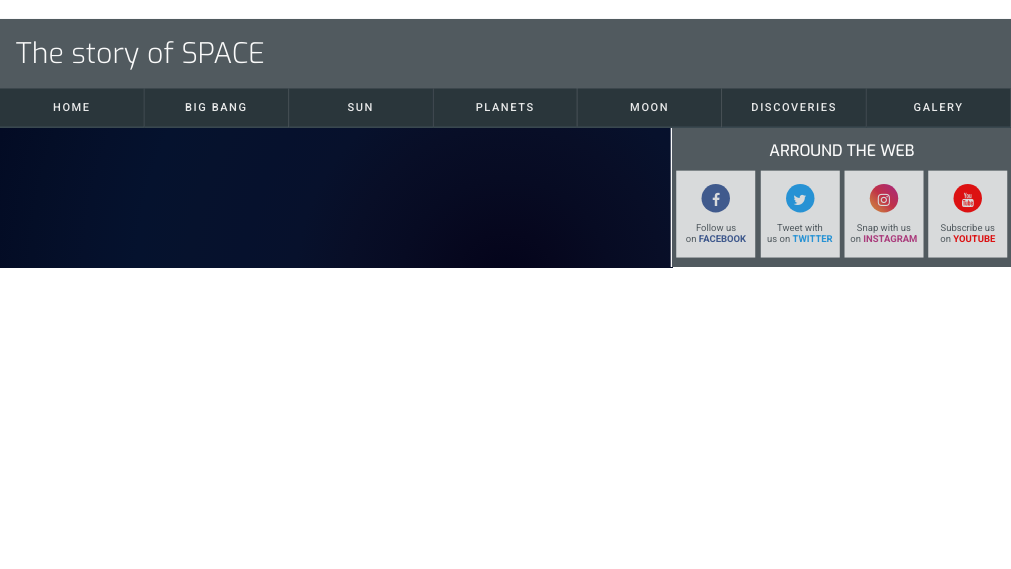
Repository: OlaQla/First-Milestones-Project
Page: index.html
The author's editor kept a record of every edit. The page is drawn from the files as they stood at one moment, then again after the next edit.
The browser window is 1280 px wide. The pictures show the whole page, at 79% of full size.
Backgrounds fixed to the window are drawn as part of the page. Some web libraries are served in a nearby version.

Above is the page before.

After the next edit:
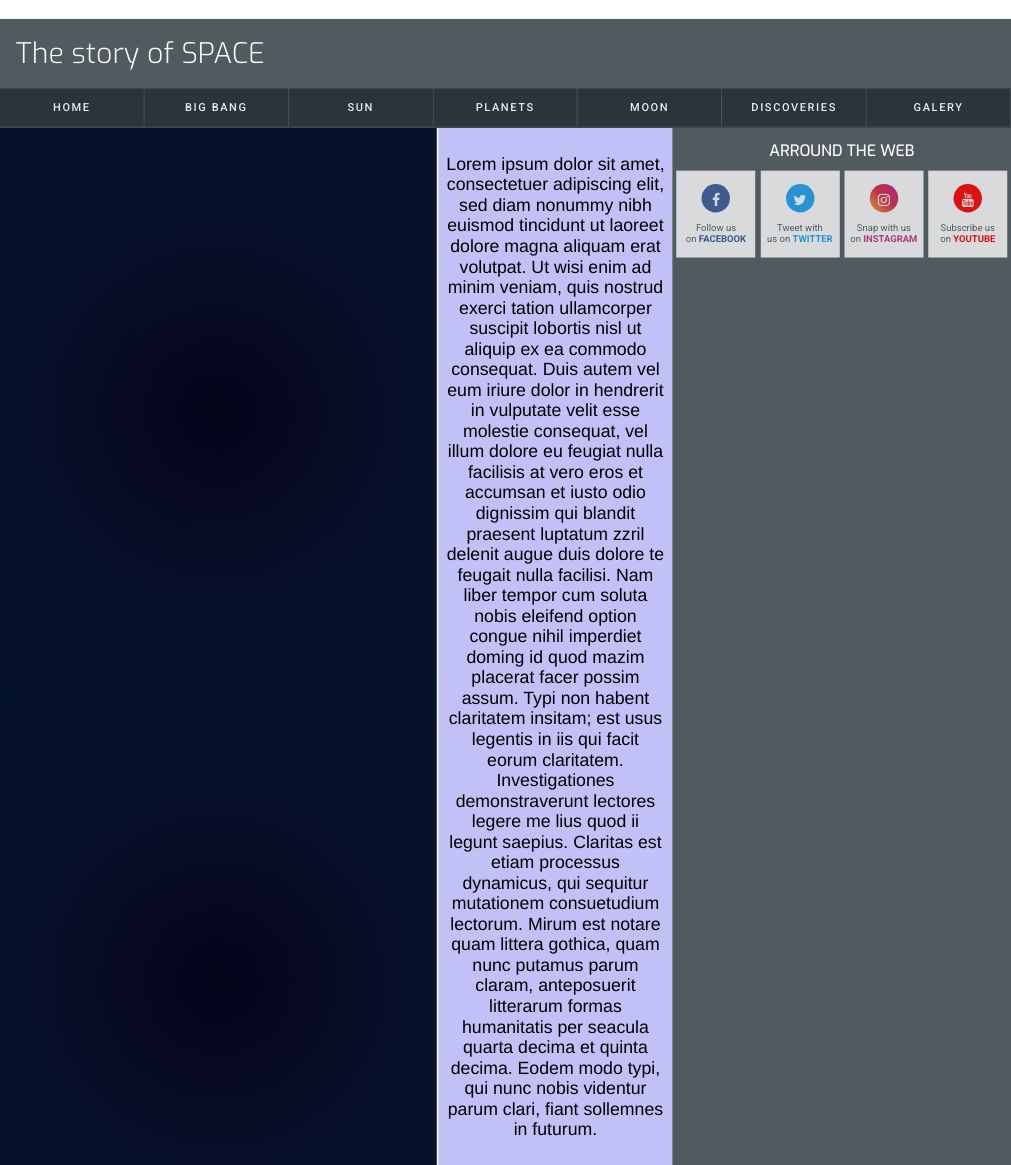
The edit:
--- a/index.html
+++ b/index.html
@@ -57,6 +57,28 @@
       <div class="column-main">
 
       </div>
+      <div class="column-sidebar">
+          <p>Lorem ipsum dolor sit amet, consectetuer adipiscing elit,
+          sed diam nonummy nibh euismod tincidunt ut laoreet dolore
+          magna aliquam erat volutpat. Ut wisi enim ad minim veniam,
+          quis nostrud exerci tation ullamcorper suscipit lobortis nisl
+          ut aliquip ex ea commodo consequat. Duis autem vel eum iriure
+          dolor in hendrerit in vulputate velit esse molestie consequat,
+          vel illum dolore eu feugiat nulla facilisis at vero eros et
+          accumsan et iusto odio dignissim qui blandit praesent luptatum
+          zzril delenit augue duis dolore te feugait nulla facilisi.
+          Nam liber tempor cum soluta nobis eleifend option congue
+          nihil imperdiet doming id quod mazim placerat facer possim
+          assum. Typi non habent claritatem insitam; est usus legentis
+          in iis qui facit eorum claritatem. Investigationes
+          demonstraverunt lectores legere me lius quod ii legunt saepius.
+          Claritas est etiam processus dynamicus, qui sequitur mutationem
+          consuetudium lectorum. Mirum est notare quam littera gothica,
+          quam nunc putamus parum claram, anteposuerit litterarum formas
+          humanitatis per seacula quarta decima et quinta decima. Eodem
+          modo typi, qui nunc nobis videntur parum clari, fiant sollemnes
+          in futurum.</p>
+      </div>
 
 
     <footer>
